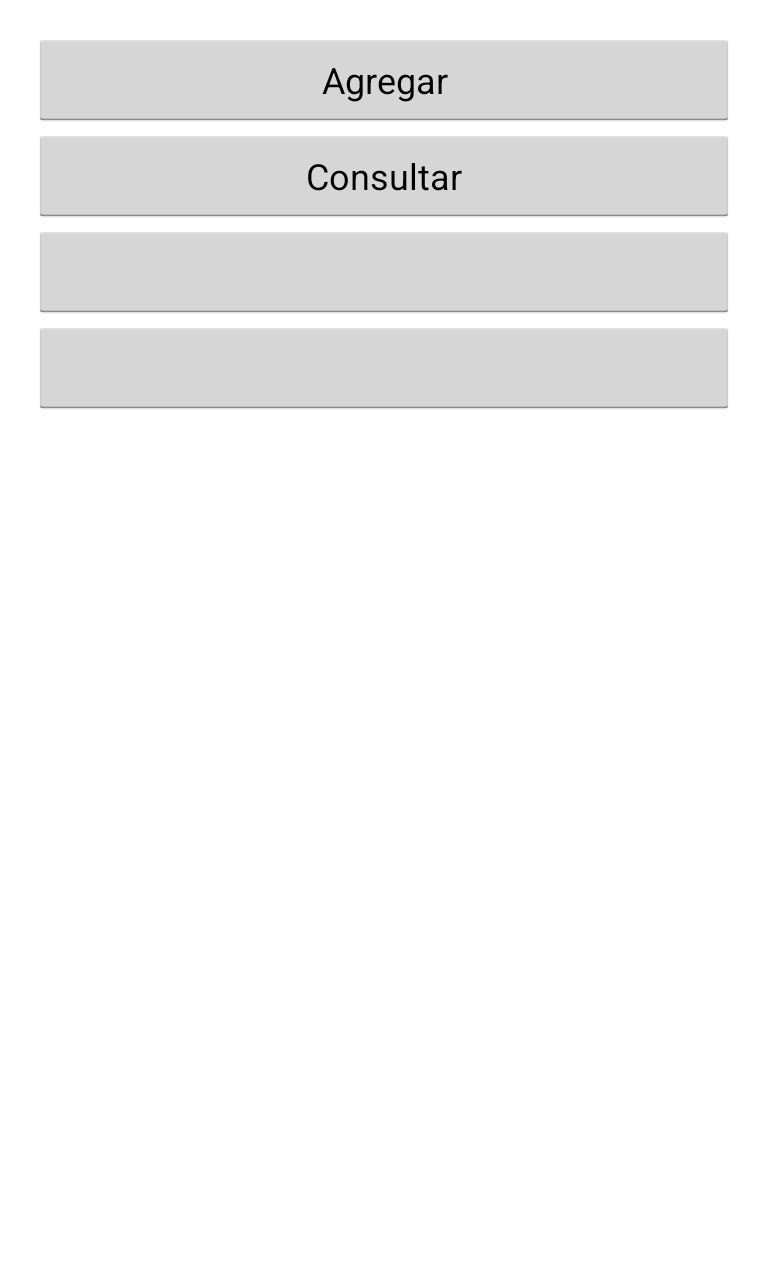
Repository: smolinac/MovilApp
Layout: Login/BasedeDatos/res/layout/activity_main.xml
These files come from the project's save history. The layout is drawn as it stood at one moment and after the next save; the edit follows.
It is drawn on a 768 x 1280 px phone screen (xhdpi) without system bars, with theme AppTheme; the app's code is not run.

Above is the layout before, as saved 2013-05-04 15:02:54.

After the next save:
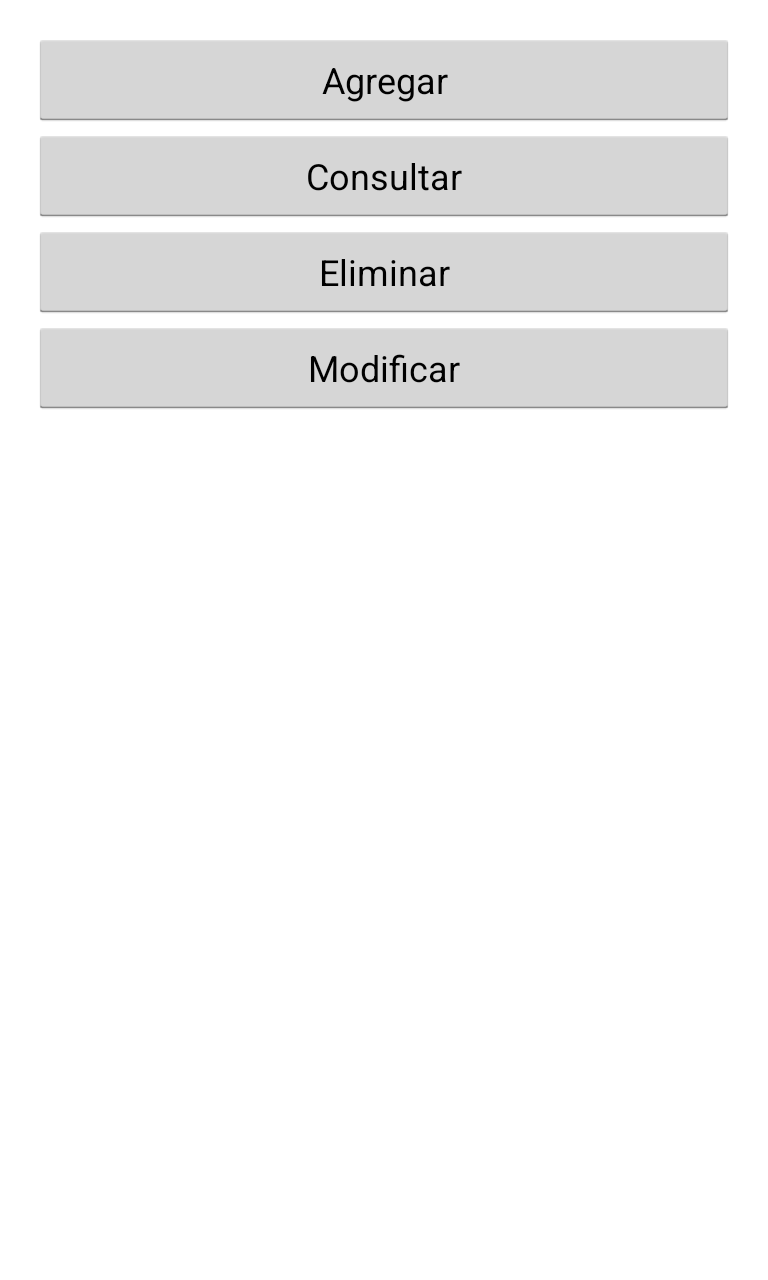
Saved 9 s later.
--- a/Login/BasedeDatos/res/layout/activity_main.xml
+++ b/Login/BasedeDatos/res/layout/activity_main.xml
@@ -27,14 +27,14 @@
         android:id="@+id/btnElimina"
         android:layout_width="fill_parent"
         android:layout_height="wrap_content"
-        android:text:="Eliminar"
+        android:text="Eliminar"
          />
 
     <Button
         android:id="@+id/btnmodifica"
         android:layout_width="fill_parent"
         android:layout_height="wrap_content"
-        android:text:="Modificar"
+        android:text="Modificar"
          />
 
 </LinearLayout>
